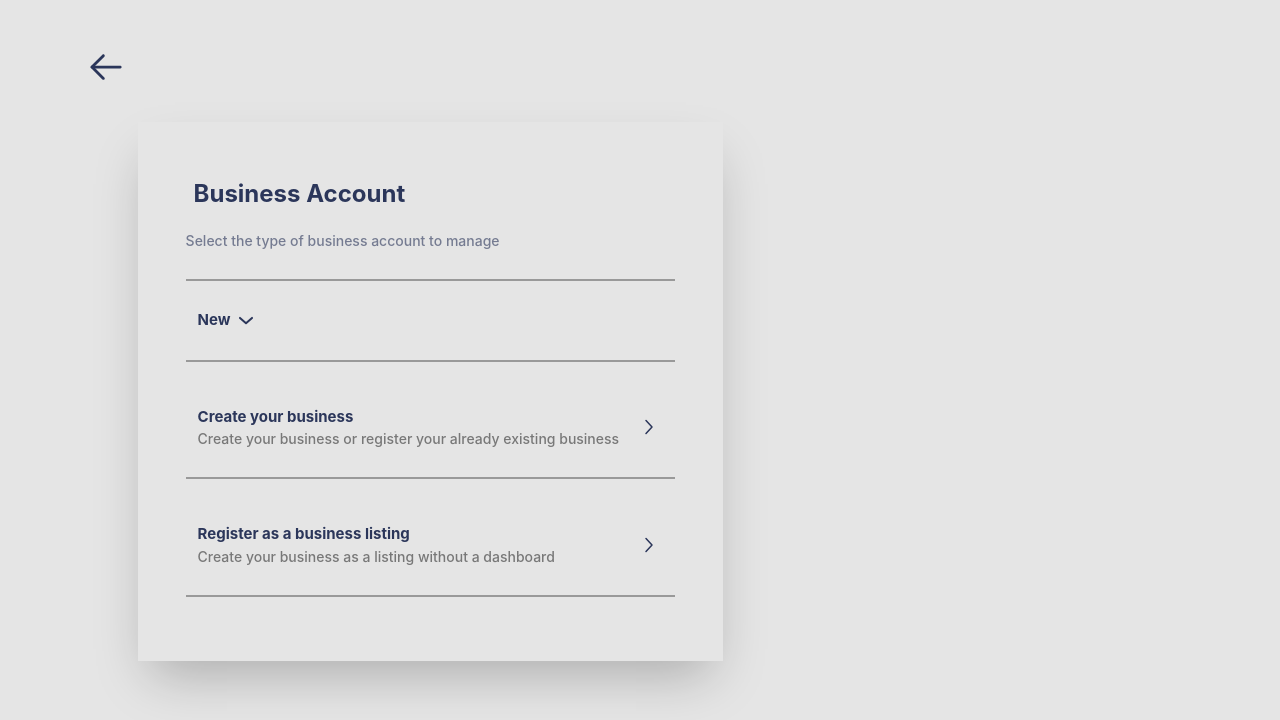
Repository: Osomhe1/findme_task
Page: /account
An editor plug-in stored every save of this project. The page is shown before and after the next save, followed by the edit.
The browser window is 1280 px wide. The pictures show the whole page.
The project was rebuilt for these pictures with package versions that can differ from the ones it lists, and the page was loaded fresh each time. Also part of the build but not shown: src/component/Clip.css, src/component/Logo.js, src/component/Drag.js, src/component/Memories.js, src/component/Publish.js, src/component/Insight.js, src/component/User.js, src/component/Clip.js and 20 more.

Above is the page before, as saved 2023-04-10 09:24:24.

### src/index.css
body {
  margin: 0;
  font-family: Mulish, -apple-system, BlinkMacSystemFont, 'Segoe UI', 'Roboto', 'Oxygen',
    'Ubuntu', 'Cantarell', 'Fira Sans', 'Droid Sans', 'Helvetica Neue',
    sans-serif;
  -webkit-font-smoothing: antialiased;
  -moz-osx-font-smoothing: grayscale;
  background-color: #E5E5E5;
}

code {
  font-family: source-code-pro, Menlo, Monaco, Consolas, 'Courier New',
    monospace;
}

.category_wrapper::-webkit-scrollbar { display: none;}
/* Hide scrollbar for IE, Edge and Firefox /.category_wrapper { -ms-overflow-style: none; / IE and Edge / scrollbar-width: none; / Firefox } */

/* @tailwind base;
@tailwind components;
@tailwind utilities; */
@tailwind base;
@tailwind components;
@tailwind utilities;



/* @import "tailwindcss/base";
@import "tailwindcss/components";
@import "tailwindcss/utilities"; */

### src/App.js
import Home from './component/Home';
import 'tailwindcss/tailwind.css'
import GetStarted from './component/GetStarted';
import {BrowserRouter, Route, Routes} from 'react-router-dom'
import SignUp from './component/auth/SignUp';
import Login from './component/auth/Login';
import Recovery from './component/auth/Recovery'
import PhoneRecovery from './component/auth/PhoneRecovery';
import EmailRecovery from './component/auth/EmailRecovery';
import ForgetPassword from './component/auth/ForgetPassword';
import EmailRecoveryOtp from './component/auth/EmailRecoveryOtp';
import NewPassword from './component/auth/NewPassword';
import Verify from './component/auth/Verification';
import Success from './component/auth/Success';
import Interest from './component/pages/Interest';
import SettingUp from './component/pages/SettingUp';
import Account from './component/pages/Account';


function App() {
  return (
    <div className="App">
      {/* <Home /> */}
      <BrowserRouter>
        <Routes>
          <Route path="/" element={<GetStarted />} />
          <Route path="/dashboard" element={<Home />} />
          <Route path="/signup" element={<SignUp />} />
          <Route path="/login" element={<Login />} />
          <Route path="/recovery" element={<Recovery />} />
          <Route path="/phone-recovery" element={<PhoneRecovery />} />
          <Route path="/email-recovery" element={<EmailRecovery />} />
          <Route path="/email-recovery-otp" element={<EmailRecoveryOtp />} />
          <Route path="/new-password" element={<NewPassword />} />
          <Route path="/verify" element={<Verify />} />
          <Route path="/success" element={<Success />} />
          <Route path="/forget-password" element={<ForgetPassword />} />
          <Route path="/interest" element={<Interest />} />
          <Route path="/setting-up" element={<SettingUp />} />
          <Route path="/account" element={<Account />} />
        </Routes>
      </BrowserRouter>
    </div>
  )
}

export default App;

### src/component/pages/Account.js
import { Link } from 'react-router-dom'

export default function Account() {
  return (
    <div>
      <section className="p-3">
        <div className=" px-8 md:p-8 md:mx-10  ">
          <Link to="/">
            <svg
              width="46"
              height="46"
              viewBox="0 0 46 46"
              fill="none"
              xmlns="http://www.w3.org/2000/svg"
            >
              <path
                d="M37.6064 23.0769C37.6064 23.7909 37.0759 24.3809 36.3876 24.4743L36.1962 24.4871L7.99226 24.4871C7.21342 24.4871 6.58206 23.8558 6.58206 23.0769C6.58206 22.363 7.11258 21.773 7.8009 21.6796L7.99226 21.6667L36.1962 21.6667C36.9751 21.6667 37.6064 22.2981 37.6064 23.0769Z"
                fill="#2B365A"
              />
              <path
                d="M20.3622 33.4061C20.9141 33.9556 20.916 34.8485 20.3665 35.4004C19.8669 35.9021 19.0835 35.9493 18.5306 35.5409L18.3721 35.4047L6.99652 24.078C6.4933 23.5769 6.44752 22.7907 6.85921 22.2378L6.99644 22.0794L18.372 10.7508C18.9239 10.2012 19.8168 10.2031 20.3664 10.7549C20.866 11.2566 20.9099 12.0402 20.4991 12.5914L20.3622 12.7493L9.99063 23.0792L20.3622 33.4061Z"
                fill="#2B365A"
              />
            </svg>
          </Link>
        </div>
        <div className="flex flex-wrap justify-between gap-2 items-center md:w-[80%] m-auto ">
          <div className="md:shadow-2xl text-cente md:p-12 w-ful   lg:block  pb-20 ">
            <div className=" text-cente ">
              <h1 className="text-[#2B365A] font-bold text-2xl p-2 ">
                Business Account
              </h1>
              <p className="font-medium text-[14px] text-[#2B365A] py-3 opacity-60 ">
                Select the type of business account to manage
              </p>
            </div>

            <div className="">
              <div className="flex gap-4 items-center justify-between w-full border-[#999999] p-3 my-4 border-b-2 border-t-2 ">
                <Link to="/email-recovery">
                  <div className=" my-4 flex gap-2 items-center">
                    <h1 className="text-[#2B365A] font-bold text-[15px] ">
                      New
                    </h1>
                    <div className="">
                      <svg
                        width="14"
                        height="9"
                        viewBox="0 0 14 9"
                        fill="none"
                        xmlns="http://www.w3.org/2000/svg"
                      >
                        <path
                          d="M1 1.92578L7 7.25346L13 1.92578"
                          stroke="#2B365A"
                          stroke-width="2"
                          stroke-linecap="round"
                          stroke-linejoin="round"
                        />
                      </svg>
                    </div>
                  </div>
                </Link>
              </div>
              <div className="flex gap-4 items-center justify-between w-full border-[#999999] p-3 my-4 border-b-2  ">
                <Link to="/phone-recovery">
                  <div className="py-4">
                    <h1 className="text-[#2B365A] font-bold text-[15px] ">
                      Create your business
                    </h1>
                    <p className="text-[#787878] text-[14px] font-medium ">
                      Create your business or register your already existing
                      business
                    </p>
                  </div>
                </Link>
                <div className="">
                  <svg
                    width="28"
                    height="30"
                    viewBox="0 0 28 30"
                    fill="none"
                    xmlns="http://www.w3.org/2000/svg"
                  >
                    <path
                      d="M11 21.4284L17 14.9999L11 8.57129"
                      stroke="#2B365A"
                      stroke-width="1.5"
                      stroke-linecap="round"
                      stroke-linejoin="round"
                    />
                  </svg>
                </div>
              </div>
              <div className="flex gap-4 items-center justify-between w-full border-[#999999] p-3 my-4 border-b-2  ">
                <div className="py-4">
                  <h1 className="text-[#2B365A] font-bold text-[15px] ">
                    Register as a business listing
                  </h1>
                  <p className="text-[#787878] text-[14px] font-medium ">
                    Create your business as a listing without a dashboard
                  </p>
                </div>
                <div className="">
                  <svg
                    width="28"
                    height="30"
                    viewBox="0 0 28 30"
                    fill="none"
                    xmlns="http://www.w3.org/2000/svg"
                  >
                    <path
                      d="M11 21.4284L17 14.9999L11 8.57129"
                      stroke="#2B365A"
                      stroke-width="1.5"
                      stroke-linecap="round"
                      stroke-linejoin="round"
                    />
                  </svg>
                </div>
              </div>
            </div>
          </div>

          <div className="  w-full md:max-w-[500px]   "></div>
        </div>
      </section>
    </div>
  )
}

### src/component/usePagination .js
import { useMemo } from "react"

export const DOTS = (
  <svg
    width="13"
    height="13"
    viewBox="0 0 13 13"
    fill="none"
    xmlns="http://www.w3.org/2000/svg"
  >
    <circle
      cx="6.14991"
      cy="6.14991"
      r="6.14991"
      transform="matrix(1 0 0 -1 0.339844 12.2998)"
      fill="#C4C4C4"
    />
  </svg>
)

export const ActiveDots = <svg width="13" height="13" viewBox="0 0 13 13" fill="none" xmlns="http://www.w3.org/2000/svg">
<circle cx="6.14991" cy="6.14991" r="6.14991" transform="matrix(1 0 0 -1 0 12.2998)" fill="#2B365A"/>
</svg>



export const usePagination = ({ totalCount, pageSize, currentPage, siblingCount=1, }) => {
     const paginationRange = useMemo(() => {
       // Our implementation logic will go here
       const totalPageCount = Math.ceil(totalCount / pageSize)

        const range = (start, end) => {
          let length = end - start + 1
          /*
  	Create an array of certain length and set the elements within it from
    start value to end value.
  */
          return Array.from({ length }, (_, idx) => idx + start)
        }

       // Pages count is determined as siblingCount + firstPage + lastPage + currentPage + 2*DOTS
       const totalPageNumbers = siblingCount + 5

       /*
      Case 1:
      If the number of pages is less than the page numbers we want to show in our
      paginationComponent, we return the range [1..totalPageCount]
    */
       if (totalPageNumbers >= totalPageCount) {
         return range(1, totalPageCount)
       }

       /*
    	Calculate left and right sibling index and make sure they are within range 1 and totalPageCount
    */
       const leftSiblingIndex = Math.max(currentPage - siblingCount, 1)
       const rightSiblingIndex = Math.min(
         currentPage + siblingCount,
         totalPageCount
       )

       /*
      We do not show dots just when there is just one page number to be inserted between the extremes of sibling and the page limits i.e 1 and totalPageCount. Hence we are using leftSiblingIndex > 2 and rightSiblingIndex < totalPageCount - 2
    */
       const shouldShowLeftDots = leftSiblingIndex > 2
       const shouldShowRightDots = rightSiblingIndex < totalPageCount - 2

       const firstPageIndex = 1
       const lastPageIndex = totalPageCount

       /*
    	Case 2: No left dots to show, but rights dots to be shown
    */
       if (!shouldShowLeftDots && shouldShowRightDots) {
         let leftItemCount = 3 + 2 * siblingCount
         let leftRange = range(1, leftItemCount)

         return [...leftRange, DOTS, totalPageCount]
       }

       /*
    	Case 3: No right dots to show, but left dots to be shown
    */
       if (shouldShowLeftDots && !shouldShowRightDots) {
         let rightItemCount = 3 + 2 * siblingCount
         let rightRange = range(
           totalPageCount - rightItemCount + 1,
           totalPageCount
         )
         return [firstPageIndex, DOTS, ...rightRange]
       }

       /*
    	Case 4: Both left and right dots to be shown
    */
       if (shouldShowLeftDots && shouldShowRightDots) {
         let middleRange = range(leftSiblingIndex, rightSiblingIndex)
         return [firstPageIndex, DOTS, ...middleRange, DOTS, lastPageIndex]
       }


     }, [totalCount, pageSize, siblingCount, currentPage])


     return paginationRange
}

Loaded but not shown: public/index.html (common file); src/index.js (common file); src/reportWebVitals.js (common file); tailwind.config.js (common file)

After the next save:
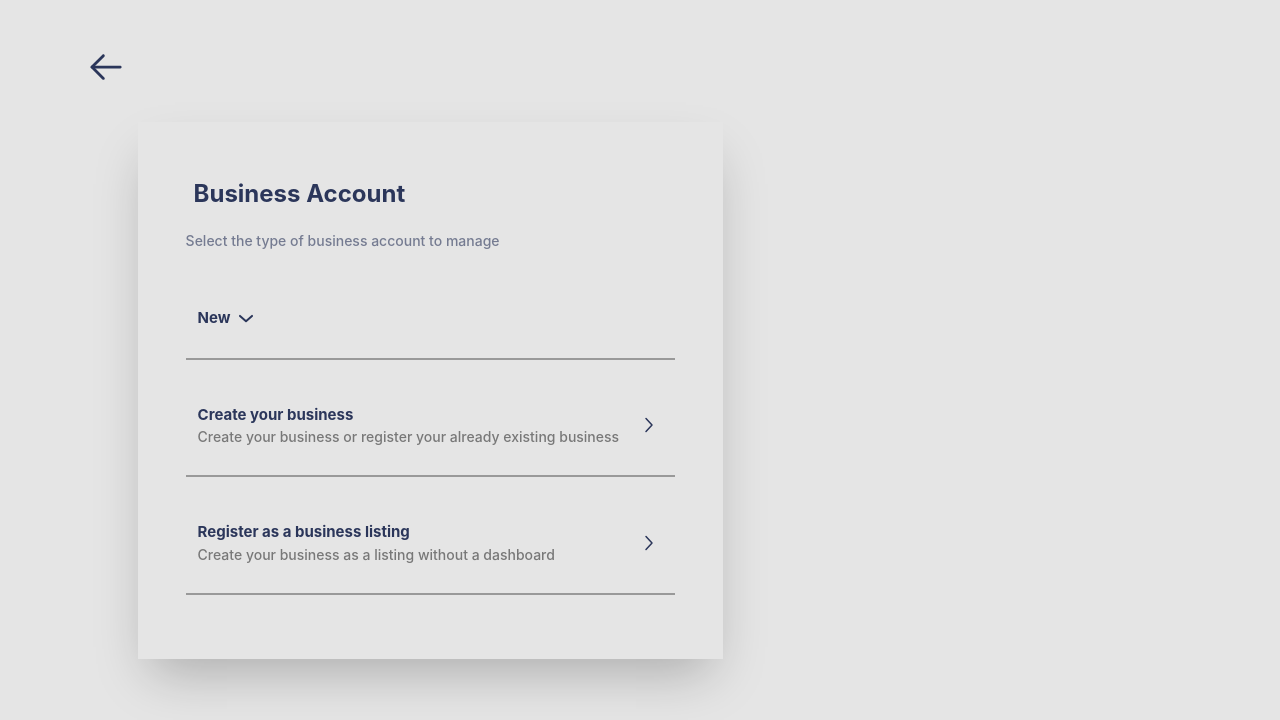
Saved 34 s later.
--- a/src/component/pages/Account.js
+++ b/src/component/pages/Account.js
@@ -36,7 +36,7 @@ export default function Account() {
             </div>
 
             <div className="">
-              <div className="flex gap-4 items-center justify-between w-full border-[#999999] p-3 my-4 border-b-2 border-t-2 ">
+              <div className="flex gap-4 items-center justify-between w-full border-[#999999] p-3 my-4 border-b-2 border- ">
                 <Link to="/email-recovery">
                   <div className=" my-4 flex gap-2 items-center">
                     <h1 className="text-[#2B365A] font-bold text-[15px] ">
